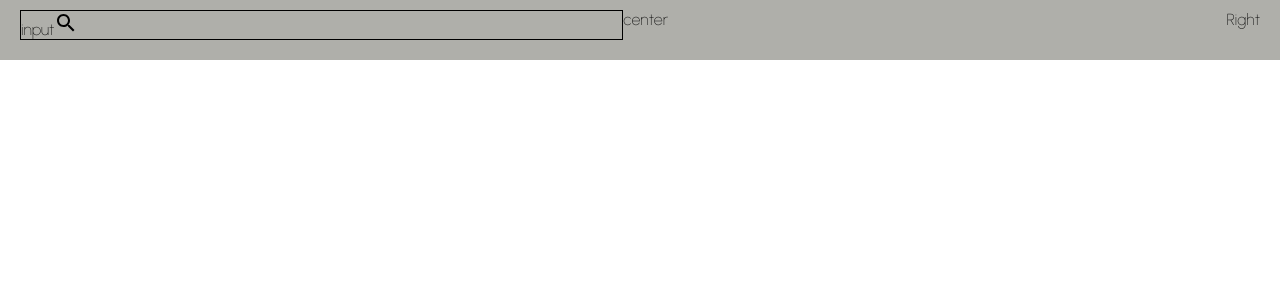
Repository: WaiMaungMaung/React_Ecom
Page: /
These files come from the project's save history. The page is drawn as it stood at one moment and after the next save; the edit follows.
The browser window is 1280 px wide. The pictures show the whole page.
The project was rebuilt for these pictures with package versions that can differ from the ones it lists, and the page was loaded fresh each time.

Above is the page before, as saved 2022-05-04 22:57:31.

### public/index.html
<!DOCTYPE html>
<html lang="en">
  <head>
    <meta charset="utf-8" />
    <link rel="icon" href="%PUBLIC_URL%/favicon.ico" />

    <link
      href="https://fonts.googleapis.com/css2?family=Urbanist:wght@100&display=swap"
      rel="stylesheet"
    />

    <style>
      * {
        margin: 0;
        font-family: "Urbanist", sans-serif;
      }
    </style>
    <title>React App</title>
  </head>
  <body>
    <noscript>You need to enable JavaScript to run this app.</noscript>
    <div id="root"></div>
  </body>
</html>

### src/pages/Home.jsx
import React from "react";
import NavBar from "../components/NavBar";

const Home = () => {
  return (
    <div>
      <NavBar />
    </div>
  );
};

export default Home;

### src/components/NavBar.jsx
import { Search } from "@material-ui/icons";
import React from "react";
import styled from "styled-components";
const Container = styled.div`
  height: 60px;
  background-color: #afafaa;
`;

const Wrapper = styled.div`
  padding: 10px 20px;
  display: flex;
  justify-content: space-between;
`;

const SearchContainer = styled.div`
  border: 1px solid black;
`;
const Left = styled.div`
  flex: 1;
`;

const Center = styled.div`
  flex: 1;
`;
const Right = styled.div``;
const NavBar = () => {
  return (
    <Container>
      <Wrapper>
        <Left>
          <SearchContainer>
            input
            <Search />
          </SearchContainer>
        </Left>
        <Center>center</Center>
        <Right>Right</Right>
      </Wrapper>
    </Container>
  );
};

export default NavBar;

Loaded but not shown: src/index.js (common file); src/App.js (common file)

After the next save:
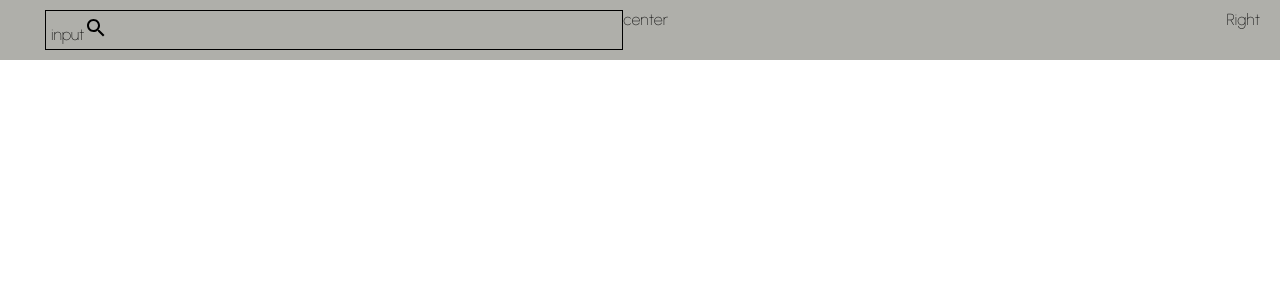
Saved 106 s later.
--- a/src/components/NavBar.jsx
+++ b/src/components/NavBar.jsx
@@ -13,8 +13,13 @@ const Wrapper = styled.div`
 `;
 
 const SearchContainer = styled.div`
-  border: 1px solid black;
+  border: 0.5px solid black;
+  margin-left: 25px;
+  align-center: center;
+  padding: 5px;
 `;
+
+const Language = styled.span``;
 const Left = styled.div`
   flex: 1;
 `;
